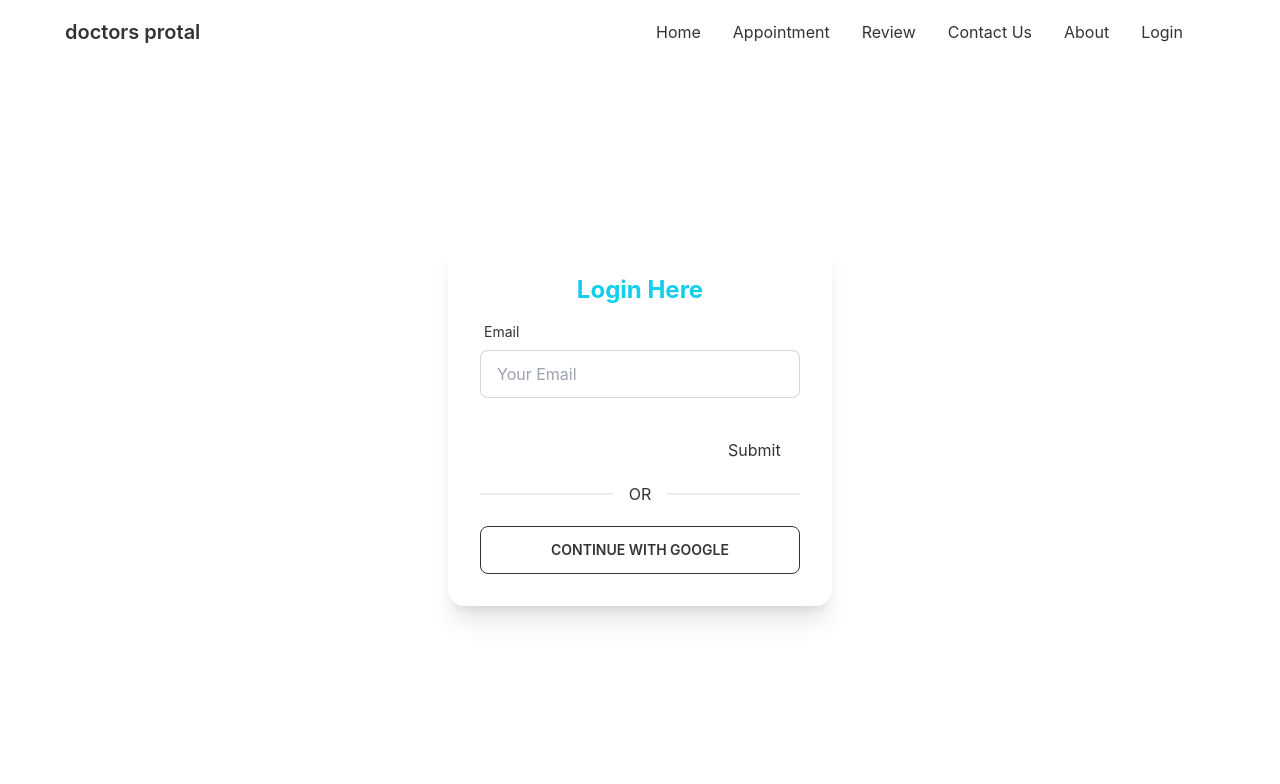
Repository: mdrubel02/doctor-protal
Page: /login
An editor plug-in stored every save of this project. The page is shown before and after the next save, followed by the edit.
The browser window is 1280 px wide. The pictures show the whole page.
The project was rebuilt for these pictures with package versions that can differ from the ones it lists, and the page was loaded fresh each time. Also part of the build but not shown: src/App.css, src/Pages/About/About.js, src/Pages/Shared/Footer/Footer.js, src/Pages/Appointment/AppointmentBanner.js, src/Pages/Appointment/BookingModal.js, src/Pages/Appointment/Service.js, src/Pages/Appointment/AvailableAppointment.js, src/Pages/Appointment/Appointment.js and 2 more. Imported but missing from the stored project, and not drawn on this page: src/Pages/Contact/Contact.

Above is the page before, as saved 2022-05-15 01:41:28.

After the next save:
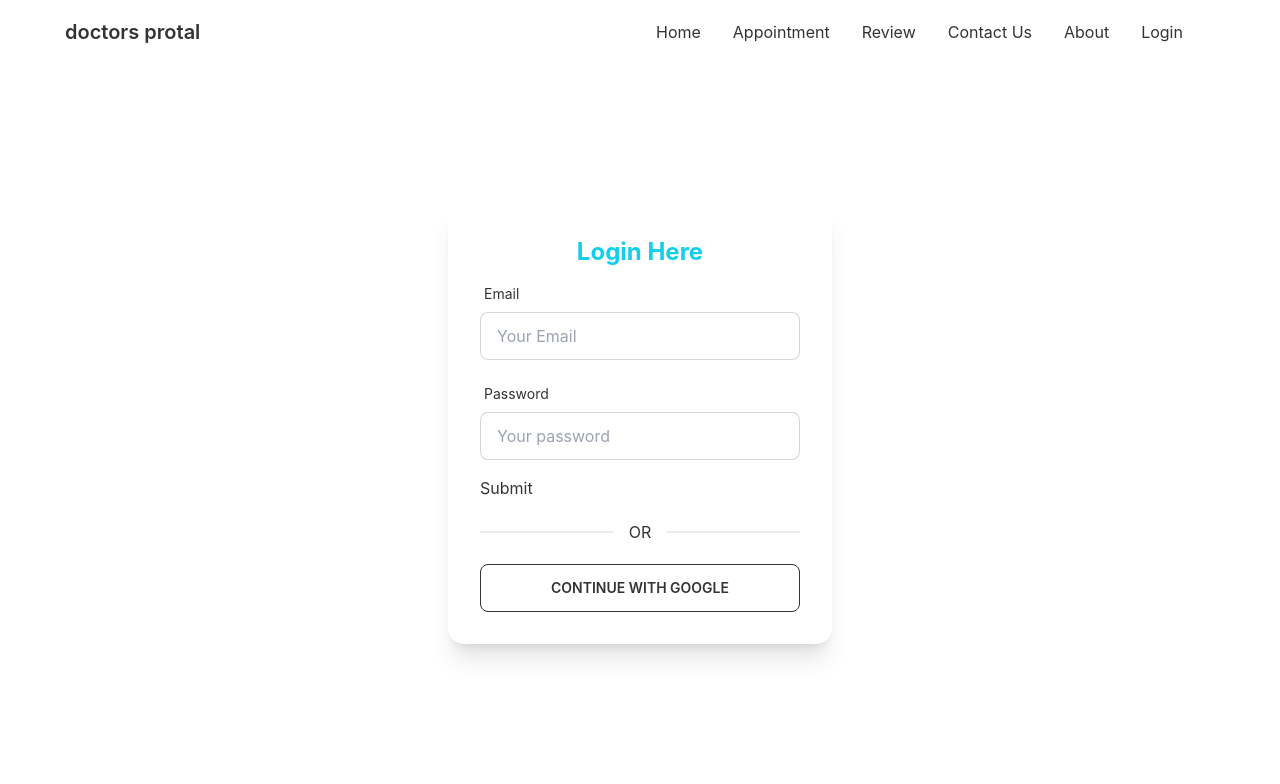
Saved 7 min 16 s later.
--- a/src/Pages/Login/Login.js
+++ b/src/Pages/Login/Login.js
@@ -45,12 +45,33 @@ const Login = () => {
 
                             </label>
                         </div>
+                        <div className="form-control w-full max-w-xs">
+                            <label className="label">
+                                <span className="label-text">Password</span>
 
-                        <input />
-                        {errors.firstName?.type === 'required' && "First name is required"}
+                            </label>
+                            <input type="password"
+                                placeholder="Your password"
+                                className="input input-bordered w-full max-w-xs"
+                                {...register("password", {
+                                    required: {
+                                        value: true,
+                                        message: 'Password is Required'
+                                    },
+                                    minLength: {
+                                        value: 6,
+                                        message: 'Must be 6 characters or longer password'
+                                    }
+                                })}
+                            />
+                            <label className="label">
+                                {errors.password?.type === 'required' && <span className="label-text-alt text-red-500">{errors.password.message}</span>}
+                                {errors.password?.type === 'minLength' && <span className="label-text-alt text-red-500">{errors.password.message}</span>}
 
-                        <input {...register("lastName", { required: true })} />
-                        {errors.lastName && "Last name is required"}
+                            </label>
+                        </div>
+
+
 
                         <input type="submit" />
                     </form>
